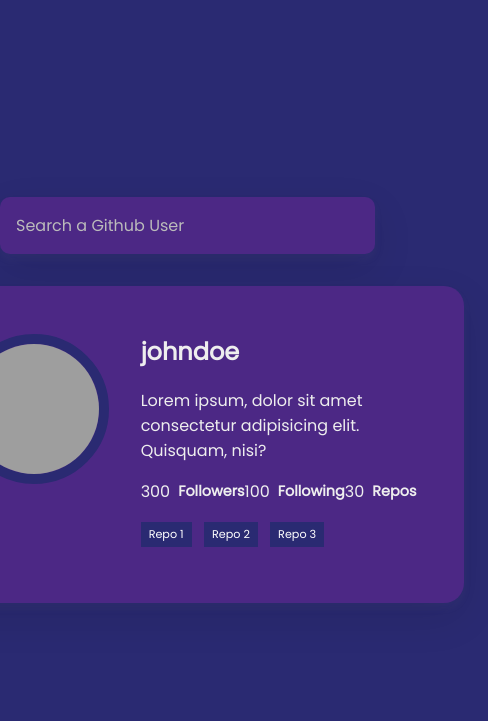
Repository: eagle-tex/50-projects-BT
Page: 28-github-profiles/index.html
These files come from the project's save history. The page is drawn as it stood at one moment and after the next save; the edit follows.
The browser window is 375 px wide. The page is 488 px wide, then 413 px, so the pictures cover 488 px, including what lies to the right of the window. The pictures show the whole page.
Pictures or frames that could not be fetched are drawn as grey boxes.

Above is the page before, as saved 2021-01-23 11:10:58.

### 28-github-profiles/index.html
<!DOCTYPE html>
<html lang="en">

<head>
  <meta charset="UTF-8" />
  <meta name="viewport" content="width=device-width, initial-scale=1.0" />
  <link rel="stylesheet" href="style.css" />
  <title>Github Profiles</title>
</head>

<body>
  <form class="user-form" id="form">
    <input type="text" id="search" placeholder="Search a Github User">
  </form>

  <main id="main">
    <div class="card">
      <div>
        <img src="https://randomuser.me/api/portraits/men/30.jpg" alt="" class="avatar">
      </div>
      <div class="user-info">
        <h2>johndoe</h2>
        <p>Lorem ipsum, dolor sit amet consectetur adipisicing elit. Quisquam, nisi?</p>

        <ul>
          <li>300 <strong>Followers</strong></li>
          <li>100 <strong>Following</strong></li>
          <li>30 <strong>Repos</strong></li>
        </ul>

        <div id="repos">
          <a href="#" class="repo">Repo 1</a>
          <a href="#" class="repo">Repo 2</a>
          <a href="#" class="repo">Repo 3</a>
        </div>

      </div>
    </div>
  </main>

  <script src="script.js"></script>
</body>

</html>

### 28-github-profiles/style.css
@import url('https://fonts.googleapis.com/css2?family=Poppins:wght@200;400&display=swap');

:root {
  --body-bg: #2a2a72;
  --form-bg: #4c2885;
}

* {
  box-sizing: border-box;
}

body {
  background-color: var(--body-bg);
  color: #fff;
  font-family: 'Poppins', sans-serif;
  display: flex;
  flex-direction: column;
  align-items: center;
  justify-content: center;
  height: 100vh;
  overflow: hidden;
  margin: 0;
}

.user-form {
  width: 100%;
  max-width: 700px;
}

.user-form input {
  width: 100%;
  display: block;
  background-color: var(--form-bg);
  border: none;
  border-radius: 10px;
  -webkit-border-radius: 10px;
  -moz-border-radius: 10px;
  -ms-border-radius: 10px;
  -o-border-radius: 10px;
  color: #fff;
  padding: 1rem;
  margin-bottom: 2rem;
  font-family: inherit;
  font-size: 1rem;
  box-shadow: 0 5px 10px rgba(154, 160, 185, 0.05),
    0 15px 40px rgba(0, 0, 0, 0.1);
}

.user-form input::placeholder {
  color: #bbb;
}

.user-form input:focus {
  outline: none;
}

.card {
  max-width: 800px;
  background-color: var(--form-bg);
  border-radius: 20px;
  -webkit-border-radius: 20px;
  -moz-border-radius: 20px;
  -ms-border-radius: 20px;
  -o-border-radius: 20px;
  box-shadow: 0 5px 10px rgba(154, 160, 185, 0.05),
    0 15px 40px rgba(0, 0, 0, 0.1);
  display: flex;
  padding: 3rem;
  margin: 0 1.5rem;
}

.avatar {
  border-radius: 50%;
  -webkit-border-radius: 50%;
  -moz-border-radius: 50%;
  -ms-border-radius: 50%;
  -o-border-radius: 50%;
  border: 10px solid var(--body-bg);
  height: 150px;
  width: 150px;
}

.user-info {
  color: #eee;
  margin-left: 2rem;
}

.user-info h2 {
  margin-top: 0;
}

.user-info ul {
  list-style-type: none;
  display: flex;
  justify-content: space-between;
  padding: 0;
  max-width: 400px;
}

.user-info ul li {
  display: flex;
  align-items: center;
}

.user-info ul li strong {
  font-size: 0.9rem;
  margin-left: 0.5rem;
}

.repo {
  text-decoration: none;
  color: #fff;
  background-color: var(--body-bg);
  font-size: 0.7rem;
  padding: 0.25rem 0.5rem;
  margin-right: 0.5rem;
  margin-bottom: 0.5rem;
  display: inline-block;
}

Loaded but not shown: 28-github-profiles/script.js (no copy from this time; the picture is the same without it)

After the next save:
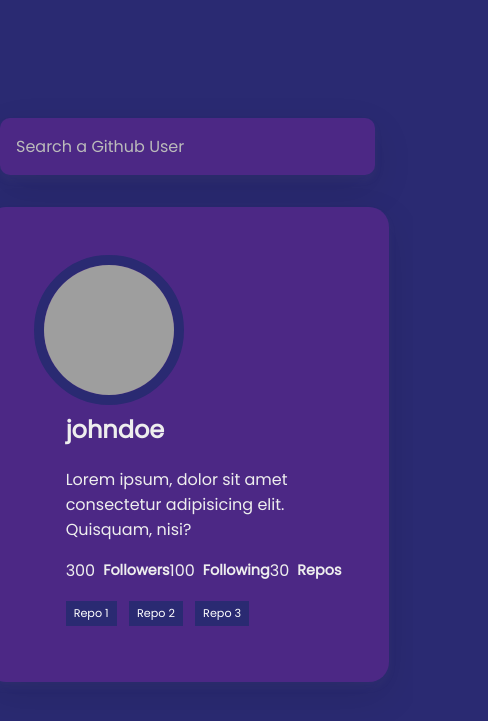
Saved 29 s later.
--- a/28-github-profiles/style.css
+++ b/28-github-profiles/style.css
@@ -117,3 +117,9 @@ body {
   margin-bottom: 0.5rem;
   display: inline-block;
 }
+
+@media (max-width: 500px) {
+  .card {
+    flex-direction: column;
+  }
+}
